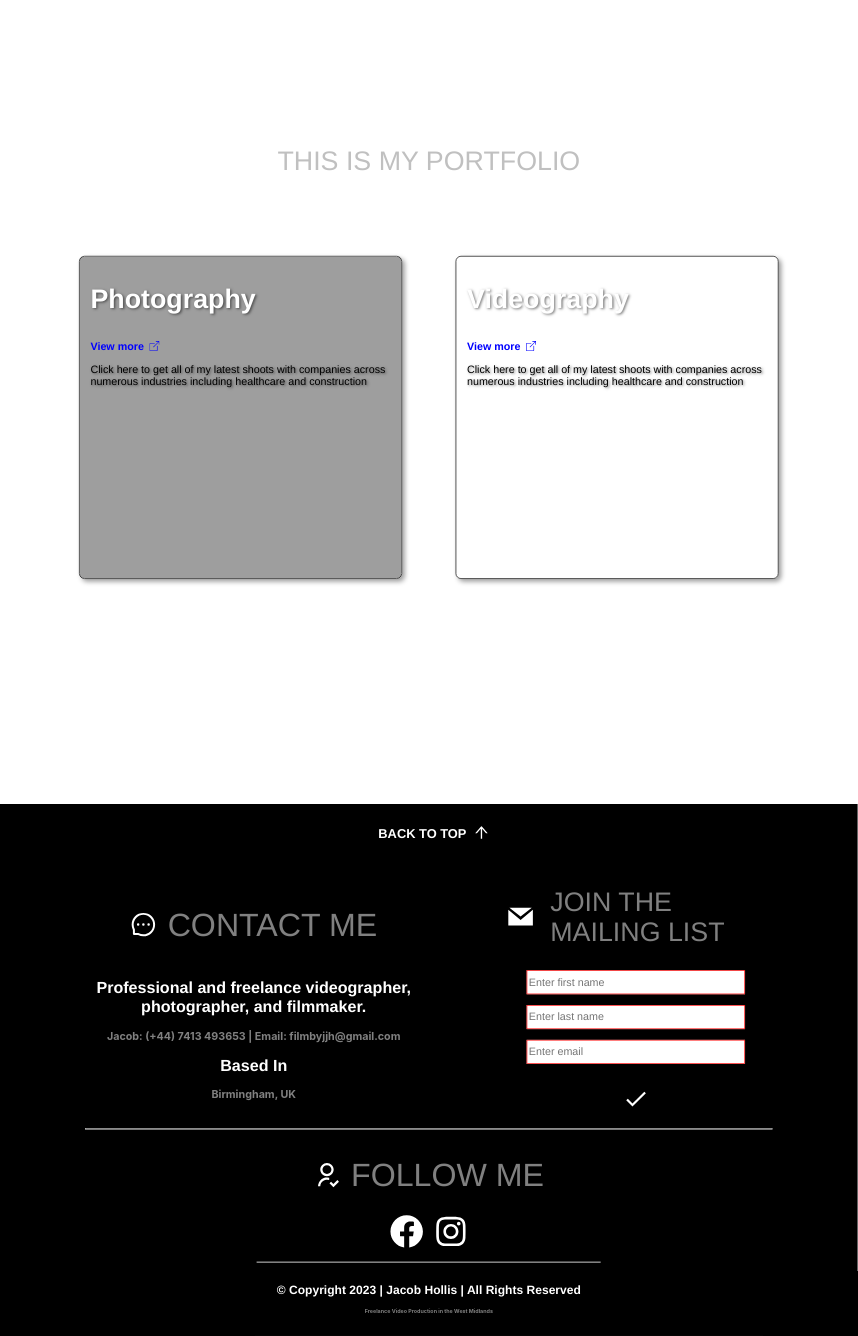
Repository: ThomasMTurner/filmbyjjh-portfolio
Page: /portfolio (app in client/)
These files come from the project's save history. The page is drawn as it stood at one moment and after the next save; the edit follows.
The browser window is 1280 px wide. The pictures show the whole page, at 67% of full size.
Pictures or frames that could not be fetched are drawn as grey boxes. The project was rebuilt for these pictures with package versions that can differ from the ones it lists, and the page was loaded fresh each time. Also part of the build but not shown: client/vite.config.js, client/src/pages/Components/TagComponents.jsx, client/src/pages/Components/Post.jsx, client/src/pages/Components/SearchBar.jsx, client/src/pages/Updates.jsx, client/src/pages/Contact.jsx, client/src/pages/Components/InitialLogin.jsx, client/src/pages/Home.jsx and 2 more. Imported but missing from the stored project, and not drawn on this page: client/src/pages/Components/Videos/header.mp4, client/src/pages/Components/Videos/portfolio-reel.mp4.

Above is the page before, as saved 2023-10-20 13:14:47.

### client/public/index.html
<!DOCTYPE html>
<html lang="en">
  <head>
    <meta charset="utf-8" />
    <link rel="icon" href="%PUBLIC_URL%/favicon2.ico" />
    <meta name="viewport" content="width=device-width, initial-scale=1" />
    <meta name="theme-color" content="#000000" />
    <meta
      name="description"
      content="Web site created using create-react-app"
    />
    <link rel="apple-touch-icon" href="%PUBLIC_URL%/logo192.png" />
    <!--
      manifest.json provides metadata used when your web app is installed on a
      user's mobile device or desktop. See https://developers.google.com/web/fundamentals/web-app-manifest/
    -->
    <link rel="manifest" href="%PUBLIC_URL%/manifest.json" />
    <!--
      Notice the use of %PUBLIC_URL% in the tags above.
      It will be replaced with the URL of the `public` folder during the build.
      Only files inside the `public` folder can be referenced from the HTML.

      Unlike "/favicon.ico" or "favicon.ico", "%PUBLIC_URL%/favicon.ico" will
      work correctly both with client-side routing and a non-root public URL.
      Learn how to configure a non-root public URL by running `npm run build`.
    -->
    <title>FILM.BY.JJH</title>
  </head>
  <body>
    <noscript>You need to enable JavaScript to run this app.</noscript>
    <div id="root"></div>
    <!--
      This HTML file is a template.
      If you open it directly in the browser, you will see an empty page.

      You can add webfonts, meta tags, or analytics to this file.
      The build step will place the bundled scripts into the <body> tag.

      To begin the development, run `npm start` or `yarn start`.
      To create a production bundle, use `npm run build` or `yarn build`.
    -->
  </body>
</html>

### client/src/index.jsx
import React from 'react';
import ReactDOM from 'react-dom/client';
import './index.css';
import App from './App';
import { UserRoleProvider } from './userRoleContext';


const root = ReactDOM.createRoot(document.getElementById('root'));
root.render(
  <React.StrictMode>
    <UserRoleProvider>
      <App />
    </UserRoleProvider>
  </React.StrictMode>
);

### client/src/App.jsx
import { useLocation, useNavigate, Route, Outlet, BrowserRouter as Router, Routes} from 'react-router-dom';
import { useEffect, useState, Suspense } from 'react';
import { CSSTransition } from 'react-transition-group';
import { ColorRing } from 'react-loader-spinner';
import React from 'react';
import NavBar from "./pages/Components/Navbar"
import Footer from "./pages/Components/Footer";
import Updates from './pages/Updates';
import Contact from './pages/Contact';
import Home from './pages/Home';
import { EventHighlights, PromotionalMaterial } from './pages/Videography';
import SubNav from './pages/Components/SubNav';
import Portfolio from './pages/Portfolio';


//page to capture individual shoots or projects, want back button at top right with title

const VideoPage = () => {
  const navigate = useNavigate();
  const location = useLocation();

  useEffect(() => {
    if (location.pathname == '/video'){
      navigate('/video/event-highlights');
    }
  }, [navigate, location]);

  return (
    <div className='video-page-wrapper'>
      <div className='sideline-content'>
        <SubNav
          title="Videography Content"
          parentLink="video"
          links={{"Event highlights": "event-highlights", "Promotional material": "promotional-material", "Drone footage": "my-first-highlight-reel" }}
          subLinks={{'event highlights': {"Shoots": {"Atlas Gym": "/video/links/atlas-gym"}, "Individual projects":{}}}}
          className='subnav'
        />
        <p className='sideline-content-text'>Welcome to the videography page, you can view all of my highlighted video projects on the right by scrolling. You can also look into each project by clicking on the button inside the caption. </p>
      </div>

      <div className='page-content-wrapper'>
        <Routes>
          <Route path="/event-highlights" element={<EventHighlights />} />
          <Route path="/promotional-material" element={<PromotionalMaterial />} />
        </Routes>
      </div>
    </div>
  );
};




const PhotoPage = () => {
    const navigate = useNavigate();
    const location = useLocation();

    useEffect(() => {
      if (location.pathname == '/video'){
        navigate('/video/event-highlights');
      }
    }, [navigate, location]);

    return (
      <div className='photo-page-wrapper'>
        <SubNav
          title="Photography Content"
          parentLink="photo"
          links={{}}
        />
        <Routes>
          <Route path="/" element={<EventHighlights />} />
        </Routes>
      </div>
    );

}


const LoadingPage = () => {
  return (
    <div className='loading-page'>
      <ColorRing
        className='loading-spinner'
        visible={true}
        height="100"
        width="100"
        ariaLabel="blocks-loading"
        wrapperStyle={{}}
        wrapperClass="blocks-wrapper"
        colors={['#000000', '#808080', '#C0C0C0', '#808080', '#000000']}
    />

      <p>Loading, please wait...</p>
    </div>
  )
}


const Layout = () => {
  const [showFooter, setShowFooter] = useState(false);

  useEffect(() => {
    const handleScroll = () => {
      const content = document.getElementById('content');
      if (content) {
        const scrollOffset = content.offsetHeight - document.documentElement.clientHeight;
        setShowFooter(window.pageYOffset >= scrollOffset);

      }
    };

    window.addEventListener('scroll', handleScroll);

    return () => {
      window.removeEventListener('scroll', handleScroll);
    };
  }, []);


      return (
        <div className='layout-wrapper'>
          <CSSTransition
           in={!showFooter}
           timeout={300}
           classNames='nav-transition'
           unmountOnExit>
            <NavBar id='nav' />
          </CSSTransition>
          <div id="content">
            <Outlet/>
          </div>
          <Footer/>
        </div>
      );
    };

/*
Notes for later:


*/


export default function App() {
  return (
    <div className="App">
      <Router>
        <Suspense fallback={<LoadingPage />} timeout={200}>
          <Routes>
            <Route path="/" element={<Layout />}>
              <Route index element={<Home />} />
              <Route path="/updates" element={<Updates />} />
              <Route path="/contact" element={<Contact />} />
              <Route path="/portfolio" element={<Portfolio/>} />
                <Route path="/portfolio/video/*" element={<VideoPage />} />
                <Route path="/portfolio/photo/*" element={<PhotoPage />} />
            </Route>
          </Routes>
        </Suspense>
      </Router>
    </div>
  );
}

### client/src/userRoleContext.jsx
import {useState, createContext} from 'react';

export const UserRoleContext = createContext();

export const UserRoleProvider = ({children}) => {
    const [userRole, setUserRole] = useState(null);
    return (
        <UserRoleContext.Provider value ={{userRole, setUserRole}}>
            {children}
        </UserRoleContext.Provider>
    );
};

### client/src/pages/Components/Navbar.jsx
import './main_styles.css'
import JacobLogo from './Images/jacob-logo.jpg';
import { useState, useEffect } from 'react';
import { NavLink } from 'react-router-dom';
import { motion } from 'framer-motion';
import Hamburger from 'hamburger-react';
import { CSSTransition } from 'react-transition-group';
import classNames from 'classnames';
import {BiSolidRightArrow} from 'react-icons/bi';



function DropDownMenu(props) {
  const isMobileNav = props.isMobileNav;

  const mobileContainer = {
    hidden: {
      opacity:0,
      y: -10
    },
    show: {
      opacity: 1,
      transition: {
        staggerChildren: 0.2,
        duration: 0.5
      },
      y:0
    }
  }

  const mobileItem = {
    hidden: {
      opacity: 0,
      y: -10
    },
    show: {
      opacity: 1,
      y: 0

    }
  }

  if (isMobileNav){
  return (
  <motion.div
    variants = {mobileContainer}
    initial = "hidden"
    animate = "show"
            >

        <ul className='test-sub-menu' onMouseLeave={() => (!isMobileNav) && props.setVideoSubMenu(false)}>
          {Object.entries(props.links).map(([key, value], index) => (
            <motion.div
                        whileHover={{x:5}}
                        transition={{type:"string", duration:0.2, stiffness:300, damping:50}}
                        initial= "hidden"
                        animate= "show"
                        variants={mobileItem}
                        >
              <li>

                <NavLink
                  exact
                  to={value}
                  className={({ isActive }) => (isActive ? 'active-sub-nav-item' : 'sub-nav-item')}
                  key={index}
                >
                  {key}
                </NavLink>
              </li>
            </motion.div>
          ))}
        </ul>
    </motion.div>

  );
   }
  else {
    return (
      <motion.div initial={{x:200, y:-65, opacity:0}}
                  animate ={{y:-55, opacity:1}}
                  transition={{type:"string", duration:0.2, stiffness:300, damping:50}}>
        <ul className='test-sub-menu' onMouseLeave={() => (!isMobileNav) && props.setVideoSubMenu(false)}>
          {Object.entries(props.links).map(([key, value], index) => (
            <motion.div transition={{type:"string", duration:0.2, stiffness:300, damping:50}}>
              <li>
                <NavLink
                  exact
                  to={value}
                  className={({ isActive }) => (isActive ? 'active-sub-nav-item' : 'sub-nav-item')}
                  key={index}
                >
                  {key}
                </NavLink>
              </li>
            </motion.div>
          ))}
        </ul>
      </motion.div>
    )
  }
}





export default function NavBar() {
    const [isToggled, setToggled] = useState(false);
    const [isMobileNav, setMobileNav] = useState(false);
    const [VideoSubMenu, setVideoSubMenu] = useState(false);
    const [dimensions, setDimensions] = useState({width:null, height:null})
    const [dropDownOpener, setDropDownOpener] = useState('+');


    const handleToggle = () => {
      setToggled(!isToggled);
    }


    function useDimensions() {
      useEffect(() => {
        const handleDimensions = () => {
          setDimensions({ width: window.innerWidth, height: window.innerHeight });
        };
        window.addEventListener("resize", handleDimensions);
        handleDimensions();
        return () => window.removeEventListener("resize", handleDimensions);
      }, []);
    }

    function useResize() {
      useEffect(() => {
        const handleResize = () => {
          const width = window.innerWidth;
          setMobileNav(width <= 768);
          setToggled(!isMobileNav)
        };

        window.addEventListener("resize", handleResize);
        handleResize();
        return () => window.removeEventListener("resize", handleResize);
      }, []);
    }




    const logoClasses = classNames({
      'main-logo-wrapper': true,
      'logo-reposition': isMobileNav
    })


    const handleMobileDropDownClick = () => {
      setVideoSubMenu(!VideoSubMenu);
      if (dropDownOpener == '+'){
        setDropDownOpener('-');
      }
      else{
        setDropDownOpener('+');
      }
    }



    useDimensions()
    useResize()



    return (

    <div className="app-wrapper">
      <nav className='Navigation'>
        <div className={logoClasses}>
          <img src={JacobLogo} className="main-logo" alt="Jacob's Logo"/>
        </div>
        <button onClick={() => handleToggle()} className="hamburger-menu-icon">
          <Hamburger toggled={isToggled} toggle={setToggled} size={30} color={"white"} />
        </button>
          {isToggled &&

              <ul className="nav-wrapper">
                <li>
                  <NavLink exact to="/" className={({ isActive }) => (isActive ? 'active-nav-item' : 'nav-item')}>Home</NavLink>
                </li>
                <li>
                  <NavLink exact to="/updates" className={({ isActive }) => (isActive ? 'active-nav-item' : 'nav-item')}>Updates</NavLink>
                </li>
                <li onMouseEnter={() => (!isMobileNav) && setVideoSubMenu(true)} onMouseLeave ={() => (!isMobileNav) && setVideoSubMenu(false)}>
                  <NavLink exact to="/portfolio" className={({ isActive }) => (isActive ? 'active-nav-item' : 'nav-item')}>Portfolio</NavLink>
                  {isMobileNav && <button className='drop-down-mobile-button' onClick={() => handleMobileDropDownClick()}> {dropDownOpener} </button>}
                  {VideoSubMenu && (
                    <DropDownMenu
                      VideoSubMenu={VideoSubMenu}
                      setVideoSubMenu={setVideoSubMenu}
                      isMobileNav={isMobileNav}
                      links={{ 'Home': '/portfolio', 'Videography': '/portfolio/video', 'Photography': '/portfolio/photo' }}
                    />

  )}
                </li>
                <li>
                  <NavLink exact to="/contact" className={({ isActive }) => (isActive ? 'active-nav-item' : 'nav-item')}>Contact</NavLink>
                </li>
              </ul>


          }

      </nav>
    </div>

    );

  }

### client/src/pages/Portfolio.jsx
import { useNavigate } from 'react-router-dom';
import {BsBoxArrowUpRight, BsArrowRight} from 'react-icons/bs';

const PortfolioCard = (props) => {
    const navigate = useNavigate();
    console.log(props.title.toLowerCase().slice(0, 5))
    return (
        <div className={`portfolio-card portfolio-card-${props.title.toLowerCase()}`}>
            <p style={{fontFamily:'helvetica', fontWeight:'bold', fontSize:'2.5rem', color:'white'}}>{props.title}</p>
            <button className='portfolio-card-button' type="button" onClick={() => navigate(`/portfolio/${props.title.toLowerCase().slice(0, 5)}`)}>View more <BsBoxArrowUpRight color={'blue'} size={15} /></button>
            <p style={{fontFamily:'helvetica', fontWeight:'200', fontSize:'1rem'}}>{props.desc}</p>
        </div>
    )
}
export default function Portfolio() {
    return(
        <div style={{display:'flex', flexDirection:'column', justifyContent:'center', alignItems:'center', width:'100%', gap:'5rem', minHeight:'75rem', position:'relative', bottom:'5rem'}}>
            <p style={{fontFamily:'helvetica', fontWeight:'200', fontSize:'2.5rem', color:'silver'}}>THIS IS MY PORTFOLIO</p>
            <div style={{display:'flex', flexDirection:'row', justifyContent:'center', alignItems:'center', width:'100%', gap:'5rem'}}>
                <PortfolioCard title="Photography" desc="Click here to get all of my latest shoots with companies across numerous industries including healthcare and construction" />
                <PortfolioCard title="Videography" desc="Click here to get all of my latest shoots with companies across numerous industries including healthcare and construction" />
            </div>
        </div>
    )
}

### client/src/pages/Components/ScrollButton.jsx
import './main_styles.css';
import { useState } from 'react';
import {AiOutlineArrowUp} from 'react-icons/ai';

export default function ScrollButton () {
    const [iconActive, setIconActive] = useState(false);
    const handlePress = () => {
        window.scrollTo({top:0, left:0, behavior:"smooth"});
    }

    const handleIconState = () => {
        setIconActive(!iconActive);
    }

    const handleIconColour = () => {
        if (iconActive) {
            return 'gray';
        }
        else {
            return 'white';
        }
    }


    return (
        <div className='scroll-button-wrapper' onMouseEnter={handleIconState} onMouseLeave={handleIconState}>
            <button onClick={handlePress} className='scroll-button'>BACK TO TOP
            <AiOutlineArrowUp width='200' height='200' color={handleIconColour()} className='scroll-icon'/>
            </button>

        </div>
    );
}

Loaded but not shown: client/src/index.css (common file); client/src/pages/Components/main_styles.css (2557 lines, source omitted); client/src/pages/Components/Footer.jsx (238 lines, source omitted)

After the next save:
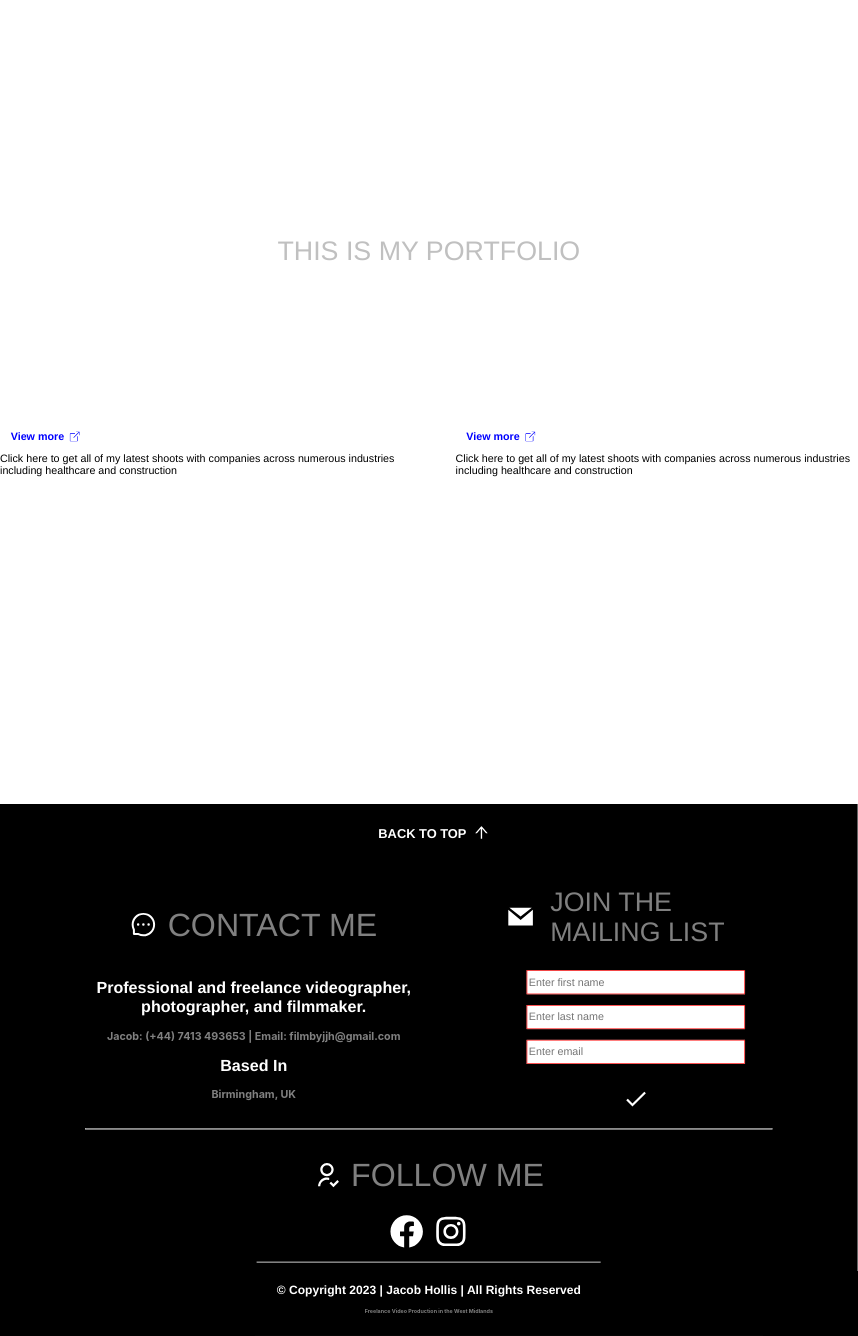
Saved 26 s later.
--- a/client/src/pages/Portfolio.jsx
+++ b/client/src/pages/Portfolio.jsx
@@ -5,7 +5,7 @@ const PortfolioCard = (props) => {
     const navigate = useNavigate();
     console.log(props.title.toLowerCase().slice(0, 5))
     return (
-        <div className={`portfolio-card portfolio-card-${props.title.toLowerCase()}`}>
+        <div onhclassName={`portfolio-card portfolio-card-${props.title.toLowerCase()}`}>
             <p style={{fontFamily:'helvetica', fontWeight:'bold', fontSize:'2.5rem', color:'white'}}>{props.title}</p>
             <button className='portfolio-card-button' type="button" onClick={() => navigate(`/portfolio/${props.title.toLowerCase().slice(0, 5)}`)}>View more <BsBoxArrowUpRight color={'blue'} size={15} /></button>
             <p style={{fontFamily:'helvetica', fontWeight:'200', fontSize:'1rem'}}>{props.desc}</p>
